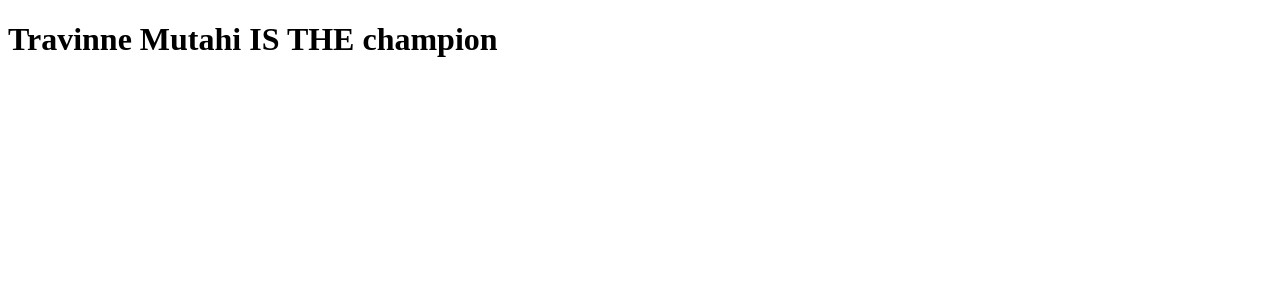
Repository: travinne/travthegr88
Page: development/code/phase-1/phase-0-the-dom-modifying-elements-lab/index.html
The author's editor kept a copy of each file at every save. The page is drawn from the files as they stood at one save, then again after the next save.
The browser window is 1280 px wide. The pictures show the whole page.

Above is the page before, as saved 2025-03-21 15:16:57.

After the next save:
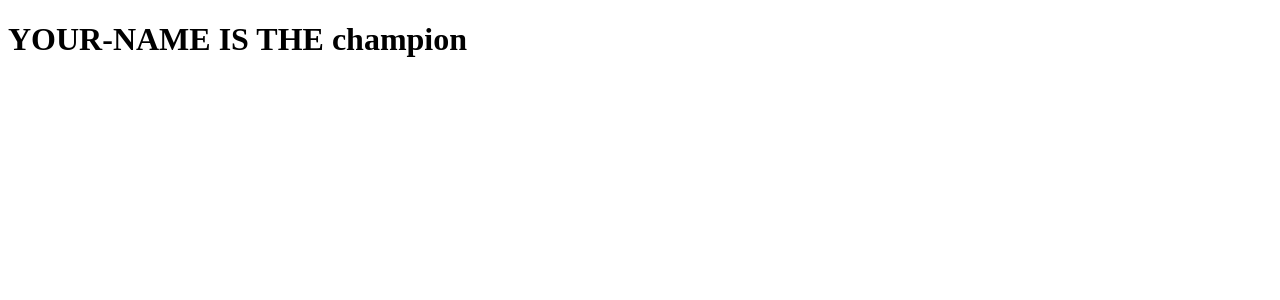
Saved 37 s later.
--- a/development/code/phase-1/phase-0-the-dom-modifying-elements-lab/index.js
+++ b/development/code/phase-1/phase-0-the-dom-modifying-elements-lab/index.js
@@ -1,5 +1,5 @@
 document.getElementById('main').remove();
 const newHeader = document.createElement('h1');
 newHeader.id = 'victory';
-newHeader.textContent = 'Travinne Mutahi IS THE champion';
+newHeader.textContent = 'YOUR-NAME IS THE champion';
 document.body.appendChild(newHeader);
